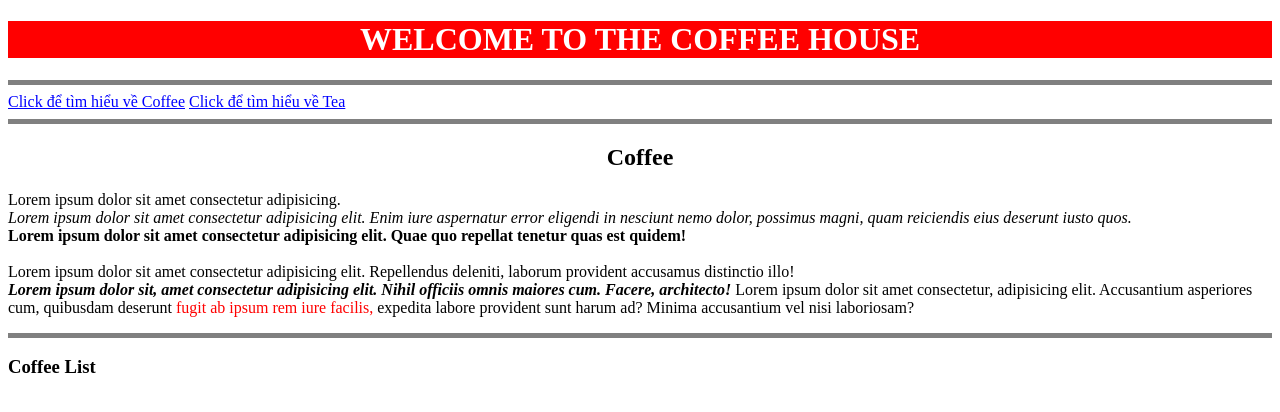
Repository: giahuy405/HomeWork_Coffee
Page: index.html
The author's editor kept a copy of each file at every save. The page is drawn from the files as they stood at one save, then again after the next save.
The browser window is 1280 px wide. The pictures show the whole page.

Above is the page before, as saved 2022-09-07 01:14:16.

After the next save:
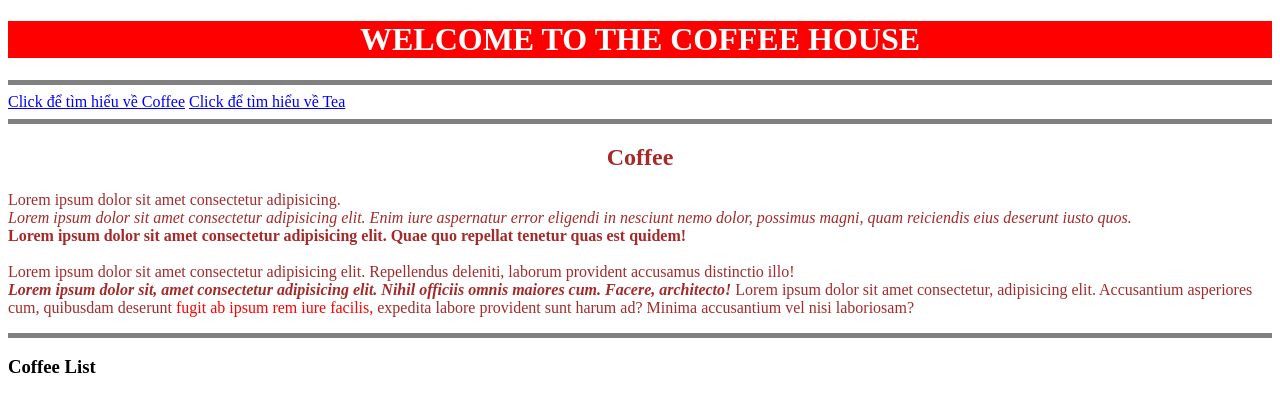
Saved 22 s later.
--- a/index.html
+++ b/index.html
@@ -18,7 +18,7 @@
         <hr size="5px" noshade>
     </header>
 
-    <div class="coffee-intro">
+    <div style="color: brown;" class="coffee-intro">
         <h2 style="text-align: center;">Coffee</h2>
         <p>Lorem ipsum dolor sit amet consectetur adipisicing.
             <br>
